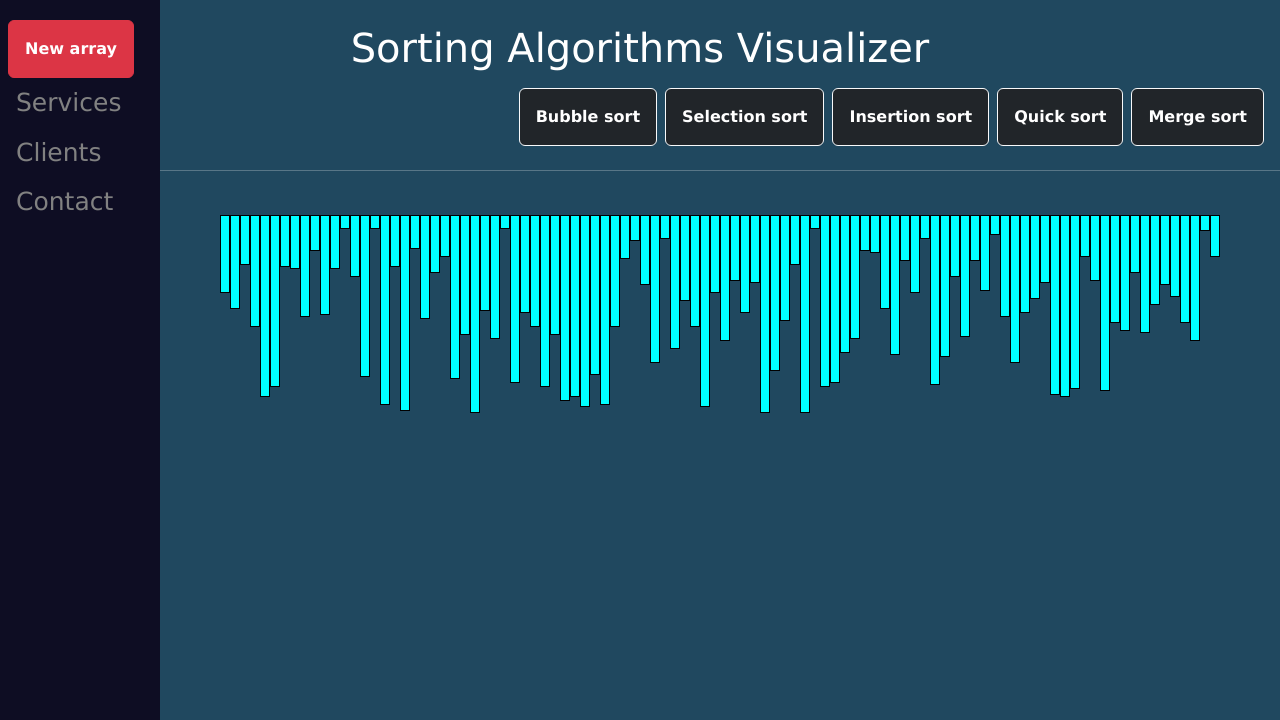
Repository: Vasil1001/Sorting-Algorithms-Visualizer-js
Page: views/index.html
The author's editor kept a copy of each file at every save. The page is drawn from the files as they stood at one save, then again after the next save.
The browser window is 1280 px wide. The pictures show the whole page.

Above is the page before, as saved 2022-11-03 17:53:46.

### views/index.html
<!doctype html>
<html lang="en">

<head>
  <meta charset="utf-8">
  <meta name="viewport" content="width=device-width, initial-scale=1">

  <title>Sorting Algorithms Visualizer</title>

  <!-- Import css & bootstrap-->
  <link href="https://cdn.jsdelivr.net/npm/bootstrap@5.2.2/dist/css/bootstrap.min.css" rel="stylesheet"
    integrity="sha384-Zenh87qX5JnK2Jl0vWa8Ck2rdkQ2Bzep5IDxbcnCeuOxjzrPF/et3URy9Bv1WTRi" crossorigin="anonymous">
  <link rel="stylesheet" href="/css/base.css">

</head>

<header>
  <h1 align="center" class="mt-4">Sorting Algorithms Visualizer</h1>


  <nav class="navbar navbar-expand-lg">

    <div class="container-fluid">
      <button type="button" class="btn btn-danger mx-2 p-3 " id="new_array" style="color: white;"><b>New
          array </b>
      </button>
      <ul class="navbar-nav">
        <li class="nav-item">
          <button type="button" class="btn btn-dark border-light mx-1 p-3 " id="bubble_sort"
            style="color: white;"><b>Bubble
              sort</b> </button>
        </li>
        <li class="nav-item">
          <button type="button" class="btn btn-dark border-light mx-1 p-3 " id="selection_sort"
            style="color: rgb(255, 255, 255);">
            <b>Selection sort</b></button>
        </li>
        <li class="nav-item">
          <button type="button" class="btn btn-dark border-light mx-1 p-3 " id="insertion_sort" style="color: white;">
            <b>Insertion sort</b></button>
        </li>
        <li class="nav-item">
          <button type="button" class="btn btn-dark border-light mx-1 p-3 " id="quick_sort" style="color: white;">
            <b>Quick sort</b></button>
        </li>
        <li class="nav-item">
          <button type="button" class="btn btn-dark border-light mx-1 p-3 " id="merge_sort"> <b>Merge sort</b></button>
        </li>

      </ul>
    </div>
  </nav>


</header>

<body>

  <hr style="color: white;">

  <div class="sidenav">
    <button type="button" class="btn btn-danger mx-2 p-3 " id="new_array" style="color: white;"><b>New
      array </b>
  </button>    <a href="#services">Services</a>
    <a href="#clients">Clients</a>
    <a href="#contact">Contact</a>
  </div>

  <div class="main">
    <div id="bars" class="bars flex-container p-4"></div>
  </div>

  <!-- Import css & bootstrap-->
  <script src="https://cdn.jsdelivr.net/npm/bootstrap@5.2.2/dist/js/bootstrap.bundle.min.js"
    integrity="sha384-OERcA2EqjJCMA+/3y+gxIOqMEjwtxJY7qPCqsdltbNJuaOe923+mo//f6V8Qbsw3"
    crossorigin="anonymous"></script>
  <script defer src="/sort_algos_js_files/index.js"></script>

</body>

</html>

### css/base.css
body {
    background-color: rgb(32, 72, 95);
    color:white;
    font-size: 18px;
    font-family: 'Lucida Sans', 'Lucida Sans Regular', 'Lucida Grande', 'Lucida Sans Unicode', Geneva, Verdana, sans-serif;
}
.flex-container{
    margin-top: 20px;
    display: flex;
    flex-wrap: nowrap;
    width: 100%;
    height: 500px;
    justify-content: center;
    transition: 2s all ease;
}

.flex-item{
    background: cyan;
    border: 1pt solid black;
    width: 10px;
    transition: 0.1s all ease;
}

.sidenav {
    height: 100%;
    width: 160px;
    position: fixed;
    z-index: 1;
    top: 0;
    left: 0;
    background-color: rgb(14, 13, 35);
    overflow-x: hidden;
    padding-top: 20px;
  }

  .sidenav a {
    padding: 6px 8px 6px 16px;
    text-decoration: none;
    font-size: 25px;
    color: #818181;
    display: block;
  }

  .sidenav a:hover {
    color: #f1f1f1;
  }

  .main {
    margin-left: 160px; /* Same as the width of the sidenav */
    font-size: 28px; /* Increased text to enable scrolling */
    padding: 0px 10px;
  }
  @media screen and (max-height: 450px) {
    .sidenav {padding-top: 15px;}
    .sidenav a {font-size: 18px;}
  }

### sort_algos_js_files/index.js
let random_array_100 = [];
createBarArray();


function createBarArray() {
    // Array to store randomly generated numbers
    random_array_100 = [];
    var numberOfBars = 0;
    let l = 100;

    // get a random number and add it to the array until there are 100 in array
    for (numberOfBars = 0; numberOfBars < l; numberOfBars++) {
        random_array_100.push(Math.round(Math.random() * l));
    }
    // print 100 random numbers of the array
    console.log(random_array_100);


     // select the div #bars element
     const bars = document.querySelector("#bars");
    // make bars with height from random array numbers
    for (let i = 0; i < random_array_100.length; i++) {
        // const para = document.createElement("div");
        // para.innerText = random_array_100[i];
        // document.body.appendChild(para);

        // create div bar for each number in the array
        const bar = document.createElement("div");
        bar.style.height = `${random_array_100[i]*2}px`;
        bar.classList.add('bar');
        bar.classList.add('flex-item');
        bar.classList.add(`barNo${i}`);
        bars.appendChild(bar);
    }
}

After the next save:
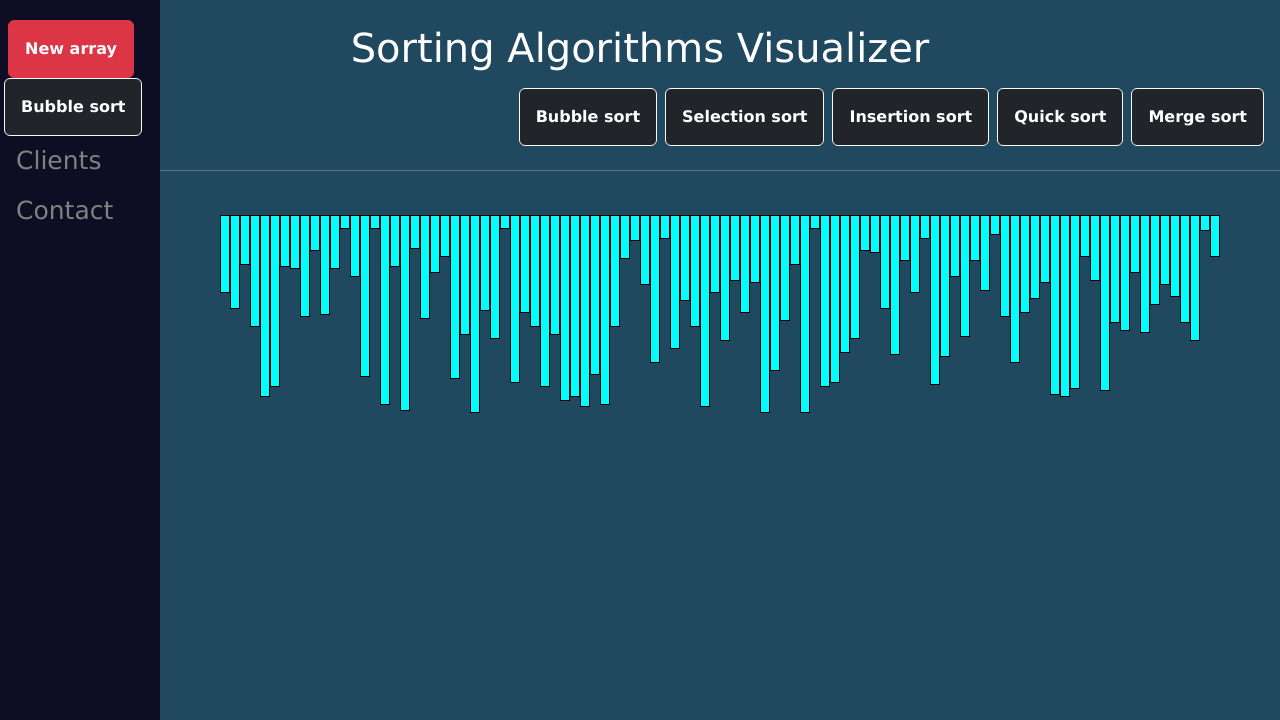
Saved 15 s later.
--- a/views/index.html
+++ b/views/index.html
@@ -61,7 +61,10 @@
   <div class="sidenav">
     <button type="button" class="btn btn-danger mx-2 p-3 " id="new_array" style="color: white;"><b>New
       array </b>
-  </button>    <a href="#services">Services</a>
+  </button>
+  <button type="button" class="btn btn-dark border-light mx-1 p-3 " id="bubble_sort"
+            style="color: white;"><b>Bubble
+              sort</b> </button>
     <a href="#clients">Clients</a>
     <a href="#contact">Contact</a>
   </div>
